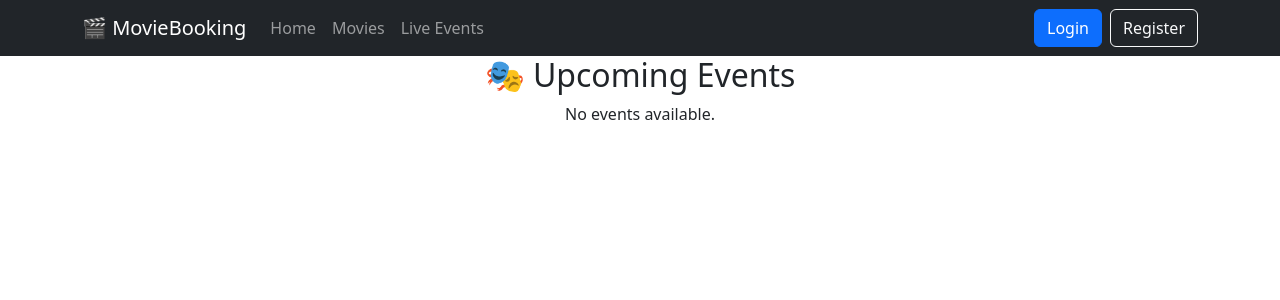
Repository: AshwinUgale/MovieBookingFrontend
Page: /events
An editor plug-in stored every save of this project. The page is shown before and after the next save, followed by the edit.
The browser window is 1280 px wide. The pictures show the whole page.
The page's requests for data from a server got no answer. The project was rebuilt for these pictures with package versions that can differ from the ones it lists, and the page was loaded fresh each time. No one was signed in, and anything a server would have sent is missing. Also part of the build but not shown: src/components/HeroSection.js, src/components/TrendingMovies.js, src/components/MovieSearch.js, src/components/GenreSection.js, src/components/Testimonials.js, src/components/CallToAction.js, src/pages/HomePage.js, src/pages/LoginPage.js and 11 more.

Above is the page before, as saved 2025-02-22 21:46:05.

### src/index.js
import React from 'react';
import ReactDOM from 'react-dom/client';
import 'bootstrap/dist/css/bootstrap.min.css';


import App from './App';


const root = ReactDOM.createRoot(document.getElementById('root'));
root.render(
  <React.StrictMode>
    <App />
  </React.StrictMode>
);

### src/App.js
import { BrowserRouter as Router, Routes, Route } from "react-router-dom";
import HomePage from "./pages/HomePage";
import LoginPage from "./pages/LoginPage";
import RegisterPage from "./pages/RegisterPage";
import DashboardPage from "./pages/DashboardPage";
import PrivateRoute from "./utils/PrivateRoute";
import MovieList from "./pages/MovieList";
import ShowtimesPage from "./pages/ShowtimesPage";
import AdminMoviePage from "./pages/AdminMoviePage";
import AdminShowtimePage from "./pages/AdminShowtimePage";
import ShowtimePage from "./pages/ShowtimePage";
import PaymentPage from "./pages/PaymentPage";
import BookingHistoryPage from "./pages/BookingHistoryPage";
import CustomNavbar from "./components/Navbar";
import AuthProvider from "./context/AuthContext";
import Events from "./pages/Events";


function App() {
  return (
    <AuthProvider>
    <Router>
      <CustomNavbar/>
      <Routes>
        {/* Public Routes */}
        <Route path="/" element={<HomePage />} />
        <Route path="/login" element={<LoginPage />} />
        <Route path="/register" element={<RegisterPage />} />
        <Route path="/movies" element={<MovieList />} />  {/* ✅ Updated path */}
        <Route path="/events" element={<Events />} />
        <Route path="/showtimes/:movieId" element={<ShowtimesPage />} />  {/* ✅ Updated path */}
        <Route path="/showtime/:showtimeId" element={<ShowtimePage />} />
        <Route path="/payment/:bookingId" element={<PaymentPage />} />

        {/* Protected Routes */}
        <Route path="/dashboard" element={<PrivateRoute component={DashboardPage} />} />
        <Route path="/admin/movies" element={<PrivateRoute component={AdminMoviePage} />} />
        <Route path="/admin/showtimes" element={<PrivateRoute component={AdminShowtimePage} />} />
        <Route path="/bookings" element={<PrivateRoute component={BookingHistoryPage} />} />
      </Routes>
    </Router>
    </AuthProvider>
  );
}

export default App;

### src/components/Navbar.js
import { Link } from "react-router-dom";
import { useContext } from "react";
import { AuthContext } from "../context/AuthContext"; // ✅ Import AuthContext
import { Navbar, Nav, Container, Button } from "react-bootstrap"; // ✅ Import Bootstrap components

const CustomNavbar = () => {
    const { isAuthenticated, logout } = useContext(AuthContext); // ✅ Use authentication state

    return (
        <Navbar bg="dark" variant="dark" expand="lg">
            <Container>
                <Navbar.Brand as={Link} to="/">🎬 MovieBooking</Navbar.Brand>
                <Navbar.Toggle aria-controls="basic-navbar-nav" />
                <Navbar.Collapse id="basic-navbar-nav">
                    <Nav className="me-auto">
                        <Nav.Link as={Link} to="/">Home</Nav.Link>
                        <Nav.Link as={Link} to="/movies">Movies</Nav.Link>
                        <Nav.Link as={Link} to="/events">Live Events</Nav.Link>
                        {isAuthenticated && <Nav.Link as={Link} to="/bookings">My Bookings</Nav.Link>}
                    </Nav>
                    <Nav>
                        {!isAuthenticated ? (
                            <>
                                <Button variant="primary" as={Link} to="/login" className="mx-2">Login</Button>
                                <Button variant="outline-light" as={Link} to="/register">Register</Button>
                            </>
                        ) : (
                            <Button variant="outline-light" onClick={logout}>Logout</Button>
                        )}
                    </Nav>
                </Navbar.Collapse>
            </Container>
        </Navbar>
    );
};

export default CustomNavbar;

### src/context/AuthContext.js
import { createContext, useState, useEffect } from "react";

export const AuthContext = createContext();

const AuthProvider = ({ children }) => {
    const [isAuthenticated, setIsAuthenticated] = useState(!!localStorage.getItem("token"));

    useEffect(() => {
        const handleStorageChange = () => {
            setIsAuthenticated(!!localStorage.getItem("token"));
        };

        window.addEventListener("storage", handleStorageChange);

        return () => {
            window.removeEventListener("storage", handleStorageChange);
        };
    }, []);

    const login = (token) => {
        localStorage.setItem("token", token);
        setIsAuthenticated(true);
    };

    const logout = () => {
        localStorage.removeItem("token");
        setIsAuthenticated(false);
    };

    return (
        <AuthContext.Provider value={{ isAuthenticated, login, logout }}>
            {children}
        </AuthContext.Provider>
    );
};

export default AuthProvider;

### src/pages/Events.js
import React, { useEffect, useState } from "react";
import { fetchEvents } from "../services/api";

const Events = () => {
  const [events, setEvents] = useState([]);
  const [loading, setLoading] = useState(true);

  useEffect(() => {
    const getEvents = async () => {
      const data = await fetchEvents();
      setEvents(data);
      setLoading(false);
    };

    getEvents();
  }, []);

  if (loading) {
    return <div className="text-center text-xl font-bold mt-10">Loading Events...</div>;
  }

  return (
    <div className="container mx-auto px-4 py-6">
      <h2 className="text-3xl font-bold text-center mb-6">🎭 Upcoming Events</h2>

      {/* Grid layout for multiple rows */}
      <div className="grid grid-cols-2 sm:grid-cols-3 md:grid-cols-4 lg:grid-cols-5 gap-4">
        {events.length > 0 ? (
          events.map((event) => (
            <div key={event.id} className="bg-white border rounded-lg shadow-md overflow-hidden">
              {/* Event Image */}
              <img src={event.image} alt={event.name} className="w-full h-40 object-cover" />

              {/* Event Details */}
              <div className="p-2">
                <h3 className="text-sm font-semibold text-gray-800 truncate">{event.name}</h3>
                <p className="text-xs text-gray-600 mt-1 truncate">📍 {event.venue}</p>
                <p className="text-xs text-gray-600 mt-1">🗓 {event.date}</p>
                <p className="text-xs text-gray-600 mt-1">⏰ {event.time || "TBA"}</p>

                {/* View Details Link */}
                <a
                  href={event.url}
                  target="_blank"
                  rel="noopener noreferrer"
                  className="block text-center mt-2 text-blue-500 hover:underline text-xs"
                >
                  View Details
                </a>
              </div>
            </div>
          ))
        ) : (
          <p className="text-center text-lg text-gray-500 col-span-full">No events available.</p>
        )}
      </div>
    </div>
  );
};

export default Events;

### src/services/api.js
import axios from "axios";

const api = axios.create({
  baseURL: "http://localhost:5000/api",
  headers: {
    "Content-Type": "application/json",
  },
});


api.interceptors.request.use((config) => {
  const token = localStorage.getItem("token");
  if (token) {
    config.headers.Authorization = `Bearer ${token}`;
  }
  return config;
});

export const fetchMovies = async () => {
  const response = await api.get("/movies");
  return response.data;
};


export const fetchShowtimes = async (movieId) => {
  const response = await api.get(`/showtimes?movie=${movieId}`);
  return response.data;
};

export const addMovie = async (movieData) => {
  const token = localStorage.getItem("token");
  const response = await api.post("/movies", movieData, {
    headers: { Authorization: `Bearer ${token}` },
  });
  return response.data;
};

export const addShowtime = async (showtimeData) => {
  const token = localStorage.getItem("token");
  const response = await api.post("/showtimes", showtimeData, {
    headers: { Authorization: `Bearer ${token}` },
  });
  return response.data;
};


export const fetchSeats = async (showtimeId) => {
  try {
    const response = await api.get(`/showtimes/${showtimeId}`);
    return response.data.availableSeats;
  } catch (error) {
    console.error("Error fetching seats:", error);
    throw error;
  }
};


export const bookSeats = async (showtimeId, seats) => {
  try {
    const response = await api.post("/bookings", { showtimeId, seats });
    return response.data;
  } catch (error) {
    console.error("Error booking seats:", error);
    throw error;
  }
};

export const mockPayment = async (bookingId) => {
  try {
      const response = await api.post("/payments/pay", { bookingId });
      return response.data;
  } catch (error) {
      console.error("Error processing mock payment:", error);
      throw error;
  }
};

export const fetchBookingHistory = async () => {
  try {
      const response = await api.get("/bookings/history");  // GET request
      return response.data;
  } catch (error) {
      console.error("Error fetching booking history:", error);
      throw error;
  }
};


export const cancelBooking = async (bookingId) => {
  try {
      const response = await api.delete(`/bookings/${bookingId}`); // DELETE request
      return response.data;
  } catch (error) {
      console.error("Error canceling booking:", error);
      throw error;
  }
};


export const fetchEvents = async () => {
  try {
    const response = await api.get("/ticketmaster/events");
    return response.data;
  } catch (error) {
    console.error("Error fetching live events:", error.response?.data || error.message);
    return [];
  }
};


export default api;

Loaded but not shown: public/index.html (common file)

After the next save:
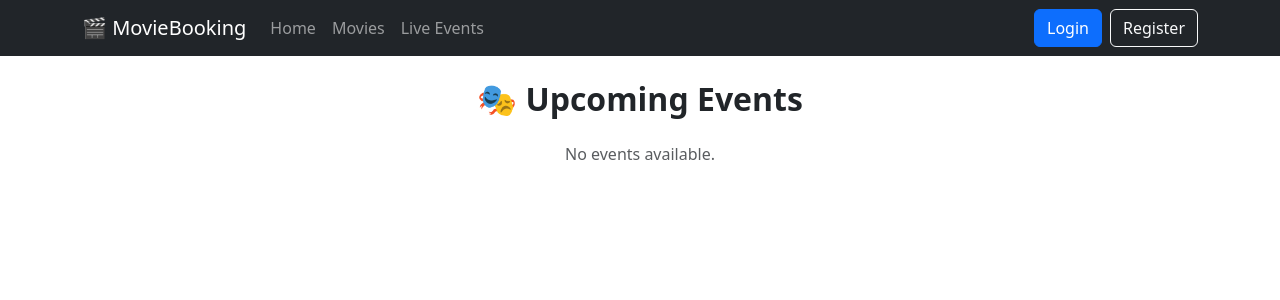
Saved 86 s later.
--- a/src/pages/Events.js
+++ b/src/pages/Events.js
@@ -16,42 +16,51 @@ const Events = () => {
   }, []);
 
   if (loading) {
-    return <div className="text-center text-xl font-bold mt-10">Loading Events...</div>;
+    return <div className="text-center fs-4 fw-bold mt-4">Loading Events...</div>;
   }
 
   return (
-    <div className="container mx-auto px-4 py-6">
-      <h2 className="text-3xl font-bold text-center mb-6">🎭 Upcoming Events</h2>
+    <div className="container mt-4">
+      <h2 className="text-center fw-bold mb-4">
+        🎭 Upcoming Events
+      </h2>
 
-      {/* Grid layout for multiple rows */}
-      <div className="grid grid-cols-2 sm:grid-cols-3 md:grid-cols-4 lg:grid-cols-5 gap-4">
+      {/* Bootstrap Grid Layout for Events */}
+      <div className="row g-4">
         {events.length > 0 ? (
           events.map((event) => (
-            <div key={event.id} className="bg-white border rounded-lg shadow-md overflow-hidden">
-              {/* Event Image */}
-              <img src={event.image} alt={event.name} className="w-full h-40 object-cover" />
+            <div key={event.id} className="col-6 col-sm-4 col-md-3 col-lg-2">
+              <div className="card shadow-sm border">
+                {/* Event Image */}
+                <img
+                  src={event.image}
+                  alt={event.name}
+                  className="card-img-top"
+                  style={{ height: "200px", objectFit: "cover" }}
+                />
 
-              {/* Event Details */}
-              <div className="p-2">
-                <h3 className="text-sm font-semibold text-gray-800 truncate">{event.name}</h3>
-                <p className="text-xs text-gray-600 mt-1 truncate">📍 {event.venue}</p>
-                <p className="text-xs text-gray-600 mt-1">🗓 {event.date}</p>
-                <p className="text-xs text-gray-600 mt-1">⏰ {event.time || "TBA"}</p>
+                {/* Event Details */}
+                <div className="card-body text-center">
+                  <h6 className="card-title text-truncate">{event.name}</h6>
+                  <p className="card-text small mb-1">📍 {event.venue}</p>
+                  <p className="card-text small">🗓 {event.date}</p>
+                  <p className="card-text small">⏰ {event.time || "TBA"}</p>
 
-                {/* View Details Link */}
-                <a
-                  href={event.url}
-                  target="_blank"
-                  rel="noopener noreferrer"
-                  className="block text-center mt-2 text-blue-500 hover:underline text-xs"
-                >
-                  View Details
-                </a>
+                  {/* View Details Link */}
+                  <a
+                    href={event.url}
+                    target="_blank"
+                    rel="noopener noreferrer"
+                    className="btn btn-primary btn-sm w-100"
+                  >
+                    View Details
+                  </a>
+                </div>
               </div>
             </div>
           ))
         ) : (
-          <p className="text-center text-lg text-gray-500 col-span-full">No events available.</p>
+          <p className="text-center text-muted col-12">No events available.</p>
         )}
       </div>
     </div>
